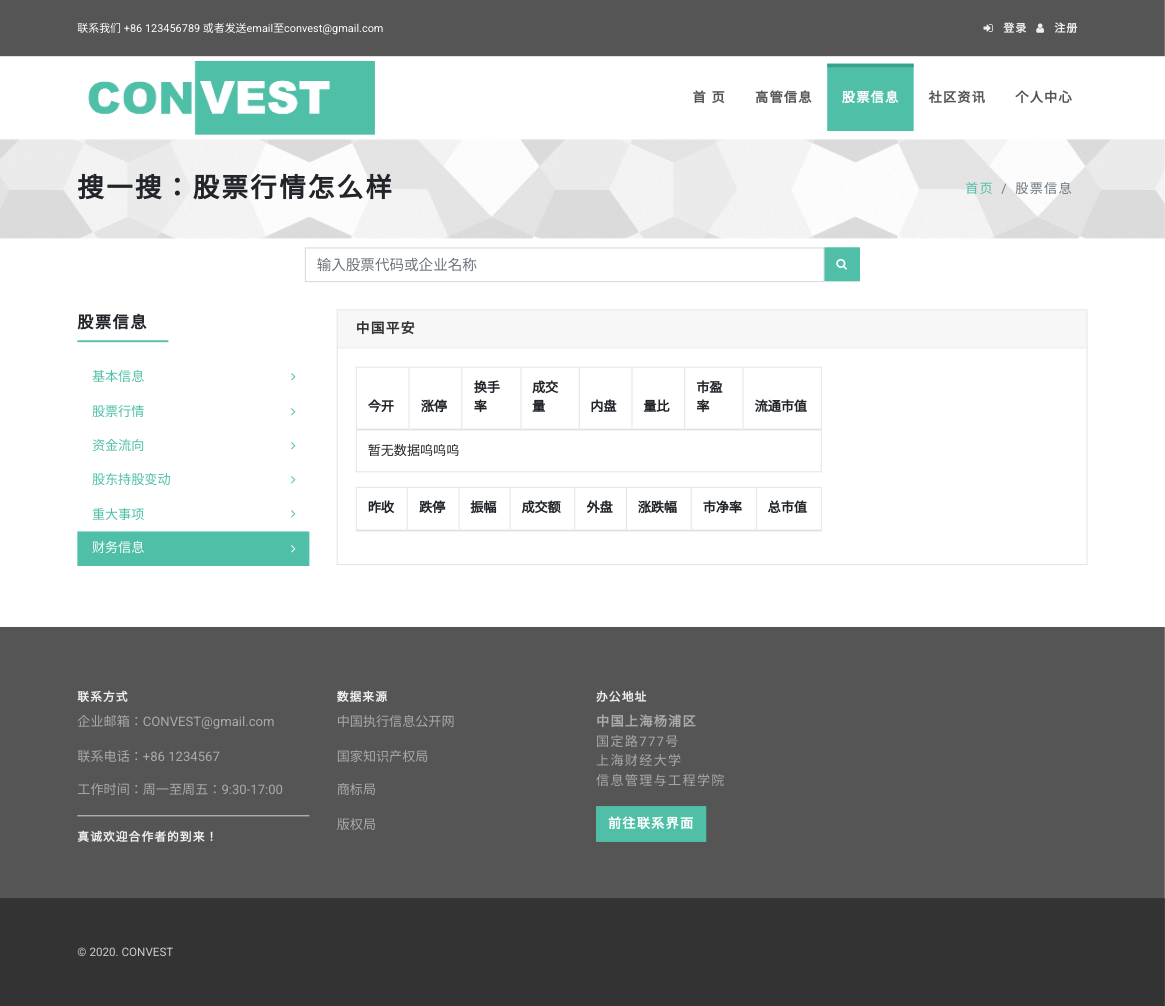
Repository: SUFELYZ/CONVEST
Page: http://localhost/CONVEST/template-alerts.jsp
The author's editor kept a copy of each file at every save. The page is drawn from the files as they stood at one save, then again after the next save.
The browser window is 1280 px wide. The pictures show the whole page, at 91% of full size.
The page is served by Tomcat 9. Other server files are loaded and not shown.

Above is the page before, as saved 2021-01-05 15:49:12.

### CONVEST 1.0/CONVEST/WebContent/template-alerts.jsp
<%@ page language="java" contentType="text/html;  charset=UTF-8" pageEncoding="UTF-8"%>
<!DOCTYPE html>
<html>
  <head>
    <meta charset="utf-8">
    <meta http-equiv="X-UA-Compatible" content="IE=edge">
    <title>CONVEST</title>
    <meta name="description" content="">
    <meta name="viewport" content="width=device-width, initial-scale=1">
    <meta name="robots" content="all,follow">
    <!-- Bootstrap CSS-->
    <link rel="stylesheet" href="vendor/bootstrap/css/bootstrap.min.css">
    <!-- Font Awesome CSS-->
    <link rel="stylesheet" href="vendor/font-awesome/css/font-awesome.min.css">
    <!-- Google fonts - Roboto-->
    <link rel="stylesheet" href="https://fonts.googleapis.com/css?family=Roboto:300,400,700">
    <!-- Bootstrap Select-->
    <link rel="stylesheet" href="vendor/bootstrap-select/css/bootstrap-select.min.css">
    <!-- owl carousel-->
    <link rel="stylesheet" href="vendor/owl.carousel/assets/owl.carousel.css">
    <link rel="stylesheet" href="vendor/owl.carousel/assets/owl.theme.default.css">
    <!-- theme stylesheet-->
    <link rel="stylesheet" href="css/style.default.css" id="theme-stylesheet">
    <!-- Custom stylesheet - for your changes-->
    <link rel="stylesheet" href="css/custom.css">


    <!-- Favicon and apple touch icons-->
    <link rel="shortcut icon" href="img/favicon.ico" type="image/x-icon">
    <link rel="apple-touch-icon" href="img/apple-touch-icon.png">
    <link rel="apple-touch-icon" sizes="57x57" href="img/apple-touch-icon-57x57.png">
    <link rel="apple-touch-icon" sizes="72x72" href="img/apple-touch-icon-72x72.png">
    <link rel="apple-touch-icon" sizes="76x76" href="img/apple-touch-icon-76x76.png">
    <link rel="apple-touch-icon" sizes="114x114" href="img/apple-touch-icon-114x114.png">
    <link rel="apple-touch-icon" sizes="120x120" href="img/apple-touch-icon-120x120.png">
    <link rel="apple-touch-icon" sizes="144x144" href="img/apple-touch-icon-144x144.png">
    <link rel="apple-touch-icon" sizes="152x152" href="img/apple-touch-icon-152x152.png">
    <!-- Tweaks for older IEs--><!--[if lt IE 9]>
        <script src="https://oss.maxcdn.com/html5shiv/3.7.3/html5shiv.min.js"></script>
        <script src="https://oss.maxcdn.com/respond/1.4.2/respond.min.js"></script><![endif]-->
  </head>
 <body>
    <div id="all">
      <!-- Top bar-->
      <div class="top-bar">
        <div class="container">
          <div class="row d-flex align-items-center">
            <div class="col-md-6 d-md-block d-none">
              <p>联系我们 +86 123456789 或者发送email至convest@gmail.com</p>
            </div>
            <div class="col-md-6">
              <div class="d-flex justify-content-md-end justify-content-between">
                <ul class="list-inline contact-info d-block d-md-none">
                  <li class="list-inline-item"><a href="#"><i class="fa fa-phone"></i></a></li>
                  <li class="list-inline-item"><a href="#"><i class="fa fa-envelope"></i></a></li>
                </ul>
                <div class="login"><a href="#" data-toggle="modal" data-target="#login-modal" class="login-btn"><i class="fa fa-sign-in"></i><span class="d-none d-md-inline-block">登录</span></a><a href="customer-register.jsp" class="signup-btn"><i class="fa fa-user"></i><span class="d-none d-md-inline-block">注册</span></a></div>

              </div>
            </div>
          </div>
        </div>
      </div>
      <!-- Top bar end-->
      <!-- Login Modal-->
      <div id="login-modal" tabindex="-1" role="dialog" aria-labelledby="login-modalLabel" aria-hidden="true" class="modal fade">
        <div role="document" class="modal-dialog">
          <div class="modal-content">
            <div class="modal-header">
              <h4 id="login-modalLabel" class="modal-title">用户登录</h4>
              <button type="button" data-dismiss="modal" aria-label="Close" class="close"><span aria-hidden="true">×</span></button>
            </div>
            <div class="modal-body">
              <form action="个人中心.jsp" method="get">
                <div class="form-group">
                  <input id="email_modal" type="text" placeholder="email" class="form-control">
                </div>
                <div class="form-group">
                  <input id="password_modal" type="password" placeholder="密码" class="form-control">
                </div>
                <p class="text-center">
                  <button class="btn btn-template-outlined"><i class="fa fa-sign-in"></i> 登录</button>
                </p>
              </form>
              <p class="text-center text-muted">还没注册？</p>
              <p class="text-center text-muted"><a href="customer-register.jsp"><strong>即刻注册</strong></a>! 只需一分钟，体验更多功能！</p>
            </div>
          </div>
        </div>
      </div>
      <!-- Login modal end-->
      <!-- Navbar Start-->
      <header class="nav-holder make-sticky">
        <div id="navbar" role="navigation" class="navbar navbar-expand-lg">
          <div class="container"><a href="首页.jsp" class="navbar-brand home"><img src="img/logo.png" alt="Universal logo" class="d-none d-md-inline-block"><img src="img/logo-small.png" alt="Universal logo" class="d-inline-block d-md-none"><span class="sr-only">Universal - go to homepage</span></a>
            <button type="button" data-toggle="collapse" data-target="#navigation" class="navbar-toggler btn-template-outlined"><span class="sr-only">Toggle navigation</span><i class="fa fa-align-justify"></i></button>
            <div id="navigation" class="navbar-collapse collapse">
              <ul class="nav navbar-nav ml-auto">
                <li class="nav-item dropdown menu-large"><a href="首页.jsp" >首 页 <b class="caret"></b></a>

                </li>
                <li class="nav-item dropdown menu-large"><a href="高管信息.jsp">高管信息 <b class="caret"></b></a>

                </li>
                <li class="nav-item dropdown active"><a href="股票信息.jsp" >股票信息<b class="caret"></b></a>

                </li>
                <li class="nav-item dropdown menu-large"><a href="社区资讯.jsp" >社区资讯 <b class="caret"></b></a>

                </li>

                <li class="nav-item dropdown menu-large"><a href="个人中心.jsp" >个人中心 <b class="caret"></b></a>

                </li>                <!-- ========== Contact dropdown end ==================-->
              </ul>
            </div>
            <div id="search" class="collapse clearfix">
              <form role="search" class="navbar-form">
                <div class="input-group">
                  <input type="text" placeholder="Search" class="form-control"><span class="input-group-btn">
                    <button type="submit" class="btn btn-template-main"><i class="fa fa-search"></i></button></span>
                </div>
              </form>
            </div>
          </div>
        </div>
      </header>
      <!-- Navbar End-->

      <div id="heading-breadcrumbs">
        <div class="container">
          <div class="row d-flex align-items-center flex-wrap">
            <div class="col-md-7">
              <h1 class="h2">搜一搜：股票行情怎么样</h1>
            </div>
            <div class="col-md-5">
              <ul class="breadcrumb d-flex justify-content-end">
                <li class="breadcrumb-item"><a href="首页.jsp">首页</a></li>
                <li class="breadcrumb-item active">股票信息</li>
              </ul>
            </div>
          </div>
        </div>
      </div>

       <div class="col-md-6" >

                  <form role="search" >
                    <div class="input-group" >
                      <input type="text" placeholder="输入股票代码或企业名称" class="form-control" id="stock_id"><span class="input-group-btn" id="template">
                        <button type="button" class="btn btn-template-main"><i class="fa fa-search"></i></button></span>
                    </div>
                  </form>
                </div>

      <section class="bar">
        <div class="container">
          <div class="row">

            <div class="col-lg-3">
              <!-- MENUS AND WIDGETS -->
              <div class="panel panel-default sidebar-menu with-icons">
                <div class="panel-heading">
                  <h3 class="h4 panel-title">股票信息</h3>
                </div>
                <div class="panel-body">
                  <ul class="nav nav-pills flex-column text-sm">
                    <li class="nav-item"><a href="股票信息.jsp" class="nav-link">基本信息</a></li>
                    <li class="nav-item"><a href="template-alerts.jsp" class="nav-link">股票行情</a></li>
                    <li class="nav-item"><a href="template-buttons.jsp" class="nav-link">资金流向</a></li>
                    <li class="nav-item"><a href="template-content-boxes.jsp" class="nav-link">股东持股变动</a></li>
                    <li class="nav-item"><a href="template-blocks.jsp" class="nav-link">重大事项</a></li>
                    <li class="nav-item"><a href="template-pagination.jsp" class="nav-link active">财务信息</a></li>

                  </ul>
                </div>
              </div>

            </div>


            <div class="col-lg-9">
              <div id="accordion" role="tablist" class="mb-5">
                <div class="card">
                  <div id="headingOne" role="tab" class="card-header">
                    <h5 class="mb-0"><a data-toggle="collapse" href="#collapseOne" aria-expanded="true" aria-controls="collapseOne">中国平安</a></h5>
                  </div>
                  <div id="collapseOne" role="tabpanel" aria-labelledby="headingOne" data-parent="#accordion" class="collapse show">
                    <div class="card-body">
                      <div class="row">
                        <div class="col-md-8">

                      <div class="stock_basic_info">

         <table class="table table-hover table-bordered" id="stock_info">

         <thead>
               <tr>
               <th>今开</th>
               <th>涨停</th>
               <th>换手率</th>
               <th>成交量</th>
               <th>内盘</th>
               <th>量比</th>
               <th>市盈率</th>
               <th>流通市值</th>
		</tr>

          </thead>

	 	<tbody id="stock_info-body" >
	 	</tbody>

	   <script type="text/html" id="stock_info-script">
		{{each data value i}}
		<tr class="table-data-line">
			<td> {{value.jinkai}}</td>
			<td> {{value.zhangting}}</td>
			<td> {{value.huanshou}}</td>
			<td> {{value.chengjiaoliang}}</td>
			<td> {{value.neipan}}</td>
			<td> {{value.liangbi}}</td>
			<td> {{value.shiyinglv}}</td>
			<td> {{value.liutong}}</td>
		</tr>

		{{/each}}
	 </script>


	 </table>

	  <table class="table table-hover table-bordered" id="stock_info1">

         <thead>

<tr>
                                       <th>昨收</th>
                                       <th>跌停</th>
                                       <th>振幅</th>
                                       <th>成交额</th>
                                       <th>外盘</th>
                                       <th>涨跌幅</th>
                                       <th>市净率</th>
                                       <th>总市值</th>
                                     </tr>
          </thead>

	 	<tbody id="stock_info-body1" >
	 	</tbody>

	   <script type="text/html" id="stock_info-script1">
		{{each data value i}}

<tr class="table-data-line">
   <td> {{value.zuoshou}}</td>
   <td> {{value.dieting}}</td>
   <td> {{value.zhenfu}}</td>
   <td> {{value.chengjiaoe}}</td>
   <td> {{value.waipan}}</td>
   <td> {{value.zhangdiefu}}</td>
   <td> {{value.shijinglv}}</td>
   <td> {{value.zongshizhi}}</td>
  		</tr>
		{{/each}}
	 </script>


	 </table>


</div>


                        </div>
                      </div>
                    </div>
                  </div>
                </div>


              </div>


          </div>
        </div>
      </section>

      <!-- FOOTER -->
     <footer class="main-footer">
        <div class="container">
          <div class="row">
            <div class="col-lg-3">
              <h4 class="h6">联系方式</h4>
              <p>企业邮箱：<a href="mailto:CONVEST@gmail.com" rel="nofollow">CONVEST@gmail.com</a></p>
              <p>联系电话：+86 1234567</p>
              <p>工作时间：周一至周五：9:30-17:00</p>
              <hr>
              <h4 class="h6">真诚欢迎合作者的到来！</h4>

              <hr class="d-block d-lg-none">
            </div>
            <div class="col-lg-3">
              <h4 class="h6">数据来源</h4>
              <p><a href="http://zxgk.court.gov.cn/" target="_blank" rel="nofollow">中国执行信息公开网</a></p>
              <p><a href="http://www.sipo.gov.cn/" target="_blank" rel="nofollow">国家知识产权局</a></p>
              <p><a href="http://sbj.cnipa.gov.cn/" target="_blank" rel="nofollow">商标局</a></p>
              <p><a href="http://www.ncac.gov.cn/" target="_blank" rel="nofollow">版权局</a></p>

            </div>

            <div class="col-lg-3">
              <h4 class="h6">办公地址</h4>
              <p class="text-uppercase"><strong>中国上海杨浦区</strong><br>国定路777号 <br>上海财经大学<br>信息管理与工程学院<br><strong></strong></p><a href="contact.jsp" class="btn btn-template-main">前往联系界面</a>
              <hr class="d-block d-lg-none">
            </div>

          </div>
        </div>
        <div class="copyrights">
          <div class="container">
            <div class="row">
              <div class="col-lg-4 text-center-md">
                <p>&copy; 2020. CONVEST</p>
              </div>

            </div>
          </div>
        </div>
      </footer>
    </div>
    <!-- Javascript files-->
    <script src="vendor/jquery/jquery.min.js"></script>
    <script src="vendor/popper.js/umd/popper.min.js"> </script>
    <script src="vendor/bootstrap/js/bootstrap.min.js"></script>
    <script src="vendor/jquery.cookie/jquery.cookie.js"> </script>
    <script src="vendor/waypoints/lib/jquery.waypoints.min.js"> </script>
    <script src="vendor/jquery.counterup/jquery.counterup.min.js"> </script>
    <script src="vendor/owl.carousel/owl.carousel.min.js"></script>
    <script src="vendor/owl.carousel2.thumbs/owl.carousel2.thumbs.min.js"></script>
    <script src="js/jquery.parallax-1.1.3.js"></script>
    <script src="vendor/bootstrap-select/js/bootstrap-select.min.js"></script>
    <script src="vendor/jquery.scrollto/jquery.scrollTo.min.js"></script>
    <script src="js/front.js"></script>
    <script src="js/jquery.dataTables.min.js"></script>
    <script src="js/template.js"></script>
     <script>
 $('body').on('click', '#template', function ()

{
	    jQuery.noConflict();
	    jQuery('#stock_info').dataTable().fnDestroy();
	    jQuery.ajax({

	        url: "Queryfinancial_info",
	        type: "post",
	        cache:false,
	        data:{
	        	stock_id:jQuery("#stock_id").val(),

	        },
	        async: false,
	        success: function (data) {
	            console.log(data);
	            jQuery("#stock_info-body").empty();

	            jQuery("#stock_info-body").append(template("stock_info-script", { data: data }));

				jQuery("#stock_info-body1").empty();

	            jQuery("#stock_info-body1").append(template("stock_info-script1", { data: data }));

	        }, error: function (data) {
	        }
	    });

 });
	jQuery('#stock_info').dataTable({
	     "bLengthChange": false, //开关，是否显示每页显示多少条数据的下拉框
	     'iDisplayLength': 2, //每页初始显示5条记录
	     'bFilter': false,  //是否使用内置的过滤功能（是否去掉搜索框）
	     "bInfo": false, //开关，是否显示表格的一些信息(当前显示XX-XX条数据，共XX条)
	     "bPaginate": false, //开关，是否显示分页器
	     "bSort": false, //是否可排序

	     "oLanguage": {  //语言转换
	       "sInfo": "显示第 _START_ 至 _END_ 项结果，共_TOTAL_ 项",
	       "sZeroRecords": "暂无数据呜呜呜",
	       "sLengthMenu": "每页显示 _MENU_ 项结果",
	       "oPaginate": {
	         "sFirst": "首页",
	         "sPrevious": "前一页",
	         "sNext": "后一页",
	         "sLast": "尾页"
	       }
	     }
	   });

 </script>
  </body>
</html>

Loaded but not shown: CONVEST 1.0/CONVEST/WebContent/css/custom.css (common file); CONVEST 1.0/CONVEST/WebContent/js/jquery.parallax-1.1.3.js (common file); CONVEST 1.0/CONVEST/WebContent/js/jquery.dataTables.min.js (library); CONVEST 1.0/CONVEST/WebContent/js/template.js (library); CONVEST 1.0/CONVEST/WebContent/js/front.js (295 lines, source omitted); CONVEST 1.0/CONVEST/WebContent/css/style.default.css (3694 lines, source omitted)

After the next save:
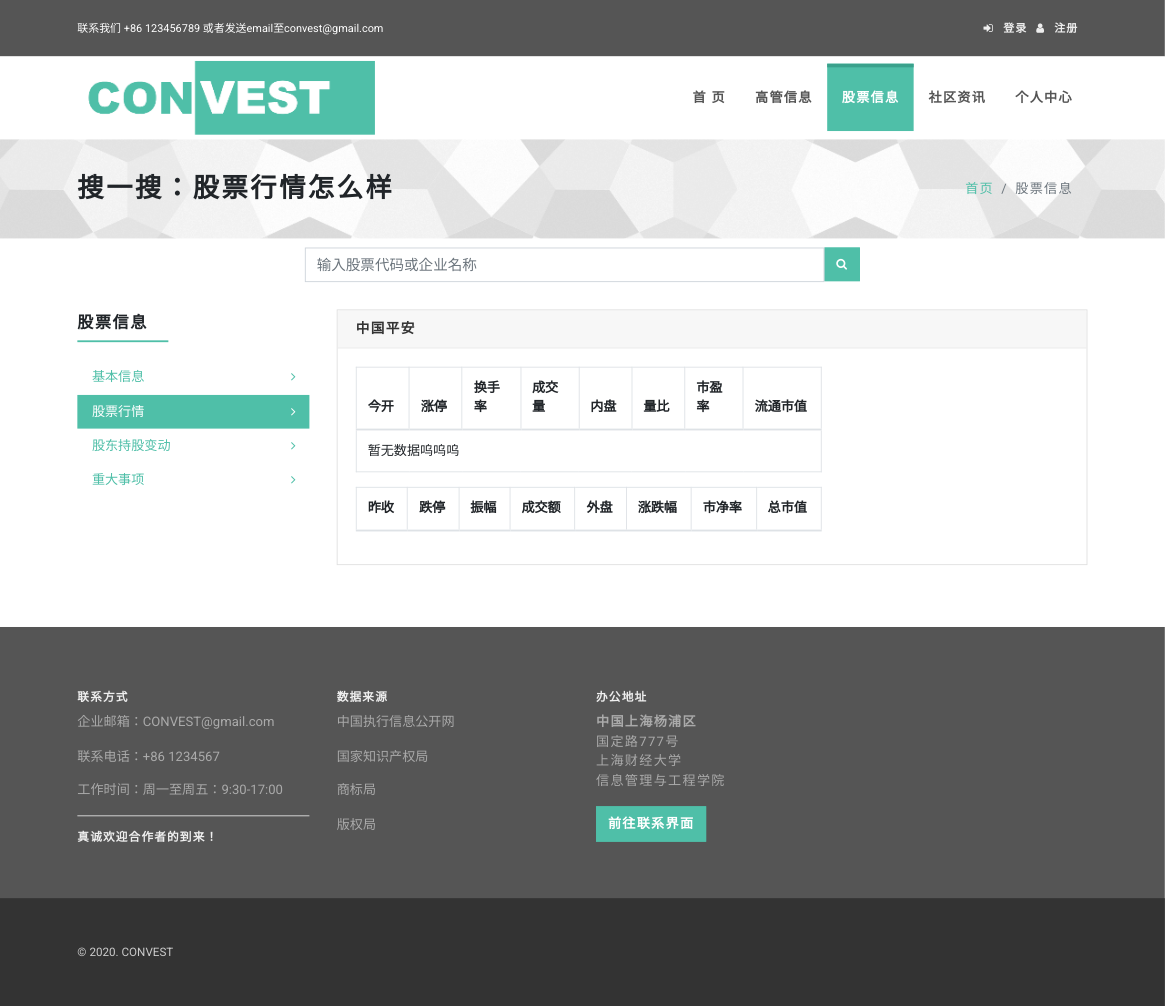
Saved 85 s later.
--- a/CONVEST 1.0/CONVEST/WebContent/template-alerts.jsp
+++ b/CONVEST 1.0/CONVEST/WebContent/template-alerts.jsp
@@ -165,12 +165,11 @@
                 </div>
                 <div class="panel-body">
                   <ul class="nav nav-pills flex-column text-sm">
-                    <li class="nav-item"><a href="股票信息.jsp" class="nav-link">基本信息</a></li>
-                    <li class="nav-item"><a href="template-alerts.jsp" class="nav-link">股票行情</a></li>
-                    <li class="nav-item"><a href="template-buttons.jsp" class="nav-link">资金流向</a></li>
+                   <li class="nav-item"><a href="股票信息.jsp" class="nav-link ">基本信息</a></li>
+                    <li class="nav-item"><a href="template-alerts.jsp" class="nav-link active">股票行情</a></li>
+
                     <li class="nav-item"><a href="template-content-boxes.jsp" class="nav-link">股东持股变动</a></li>
                     <li class="nav-item"><a href="template-blocks.jsp" class="nav-link">重大事项</a></li>
-                    <li class="nav-item"><a href="template-pagination.jsp" class="nav-link active">财务信息</a></li>
 
                   </ul>
                 </div>
